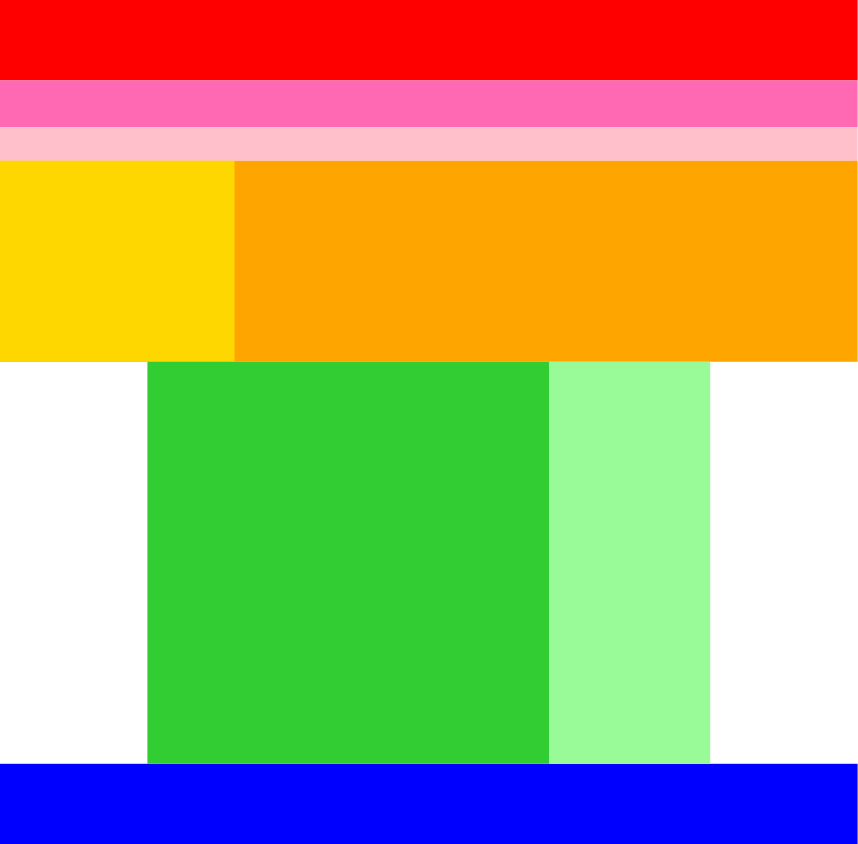
Repository: kowatann/sample_app
Page: caravan/index.html
The author's editor kept a record of every edit. The page is drawn from the files as they stood at one moment, then again after the next edit.
The browser window is 1280 px wide. The pictures show the whole page, at 67% of full size.

Above is the page before.

### caravan/index.html
<!DOCTYPE html>
<html lang="ja">
  <head>
    <meta charset="UTF-8" />
    <link rel="stylesheet" href="style.css" />
    <title>CARAVAN</title>
  </head>

  <body>
    <div class="header"></div>
      <div class="header-top"></div>
      <div class="header-bottom"></div>
      </div>


    <div class="main-visual">
       <div class="main-visual-content"></div>
    </div>

    <div class="main">
      <div class="blog"></div>
      <div class="sidebar"></div>
    </div>
    <div class="footer"></div>
  </body>
</html>

### caravan/style.css
* {
  margin: 0;
  padding: 0;
  box-sizing: border-box;
}

.header {
  width: 100%;
  height: 120px;
  background-color: red;
}

.header-top {
  width: 100%;
  height: 70px;
  background-color: hotpink;
}

.header-bottom {
  width: 100%;
  height: 50px;
  background-color: pink;
}

.main-visual {
  width: 100%;
  height: 300px;
  background-color: orange;
}

.main-visual-content {
  width: 350px;
  height: 300px;
  background-color: gold;
}

.main {
  width: 840px;
  display: flex;
  justify-content: center;
  margin: 0 auto;
}


.blog {
  width: 600px;
  height: 600px;
  background-color: limegreen;
}


.sidebar {
  width: 240px;
  height: 600px;
  background-color: palegreen;
}

.footer {
  width: 100%;
  height: 120px;
  background-color: blue;
}

After the next edit:
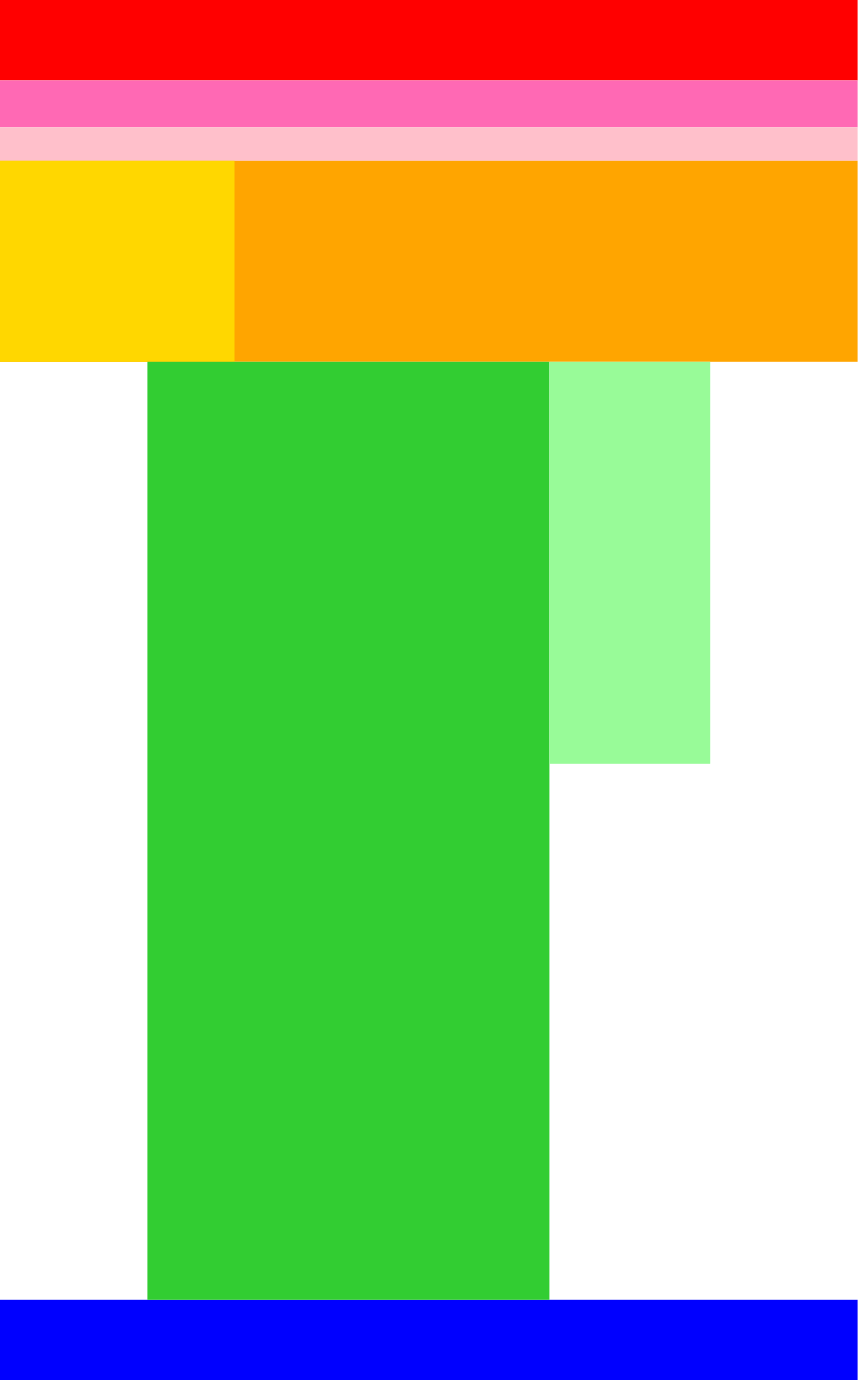
The edit:
--- a/caravan/style.css
+++ b/caravan/style.css
@@ -44,7 +44,7 @@
 
 .blog {
   width: 600px;
-  height: 600px;
+  height: 1400px;
   background-color: limegreen;
 }
 
